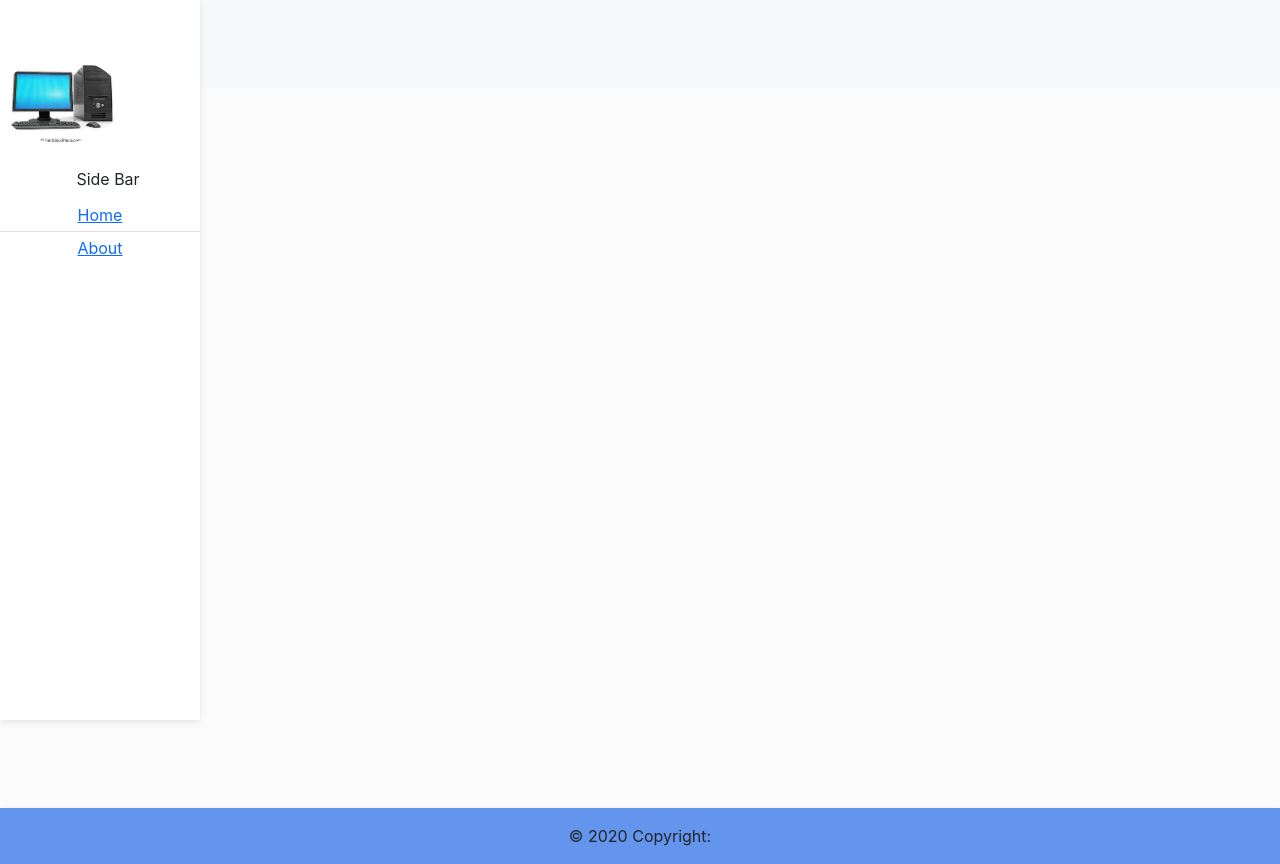
Repository: Sakshamccna/React
Page: /
An editor plug-in stored every save of this project. The page is shown before and after a run of saves, followed by the edit.
The browser window is 1280 px wide. The pictures show the whole page.
The project was rebuilt for these pictures with package versions that can differ from the ones it lists, and the page was loaded fresh each time. Also part of the build but not shown: src/Components/Home.tsx, src/Components/About.tsx.

Above is the page before, as saved 2022-12-26 12:38:10.

### public/index.html
<!DOCTYPE html>
<html lang="en">

<head>
  <meta charset="utf-8" />
  <link rel="icon" href="%PUBLIC_URL%/favicon.ico" />
  <meta name="viewport" content="width=device-width, initial-scale=1" />
  <meta name="theme-color" content="#000000" />
  <meta name="description" content="Web site created using create-react-app" />
  <link rel="apple-touch-icon" href="%PUBLIC_URL%/logo192.png" />
  <!--
      manifest.json provides metadata used when your web app is installed on a
      user's mobile device or desktop. See https://developers.google.com/web/fundamentals/web-app-manifest/
    -->
  <link rel="manifest" href="%PUBLIC_URL%/manifest.json" />
  <link href="https://cdn.jsdelivr.net/npm/bootstrap@5.2.3/dist/css/bootstrap.min.css" rel="stylesheet"
    integrity="sha384-rbsA2VBKQhggwzxH7pPCaAqO46MgnOM80zW1RWuH61DGLwZJEdK2Kadq2F9CUG65" crossorigin="anonymous">
  <!--
      Notice the use of %PUBLIC_URL% in the tags above.
      It will be replaced with the URL of the `public` folder during the build.
      Only files inside the `public` folder can be referenced from the HTML.

      Unlike "/favicon.ico" or "favicon.ico", "%PUBLIC_URL%/favicon.ico" will
      work correctly both with client-side routing and a non-root public URL.
      Learn how to configure a non-root public URL by running `npm run build`.
    -->
  <title>React App</title>
</head>

<body>
  <noscript>You need to enable JavaScript to run this app.</noscript>
  <div id="root"></div>
  <!--
      This HTML file is a template.
      If you open it directly in the browser, you will see an empty page.

      You can add webfonts, meta tags, or analytics to this file.
      The build step will place the bundled scripts into the <body> tag.

      To begin the development, run `npm start` or `yarn start`.
      To create a production bundle, use `npm run build` or `yarn build`.
    -->
</body>
<script src="https://cdn.jsdelivr.net/npm/bootstrap@5.2.3/dist/js/bootstrap.bundle.min.js"
  integrity="sha384-kenU1KFdBIe4zVF0s0G1M5b4hcpxyD9F7jL+jjXkk+Q2h455rYXK/7HAuoJl+0I4" crossorigin="anonymous"></script>

</html>

### src/App.tsx
import React from 'react';
import logo from './logo.svg';
import './App.css';
import { BrowserRouter, Routes, Route } from 'react-router-dom';
import Headers from './Components/Headers';

import Footers from './Components/Footers';
import Sidebar from './Components/Sidebar';
import Home from './Components/Home';
import About from './Components/About';

function App() {
  return (
    <div className="App">
      <BrowserRouter>

        <Routes>
          <Route path="/" element={<Sidebar />} >
            <Route path="/" element={<Headers />} >
              <Route path="Home" element={<Home />} />
              <Route path="About" element={<About />} />
            </Route>
          </Route>






        </Routes>

      </BrowserRouter>
      <Footers />



    </div >
  );
}

export default App;

### src/Components/Headers.tsx
import React from 'react'
import { Outlet } from 'react-router-dom'
import "./Header.css"

function Headers() {
    return (
        <>
            {/* <nav className="navbar sticky-top bg-light topnav-right">

                <div className="">
                    <div className="d-flex justify-content-center mx-4 ">
                        <button type="button" className="btn btn-light btn-lg">logout</button>
                    </div>

                </div>
            </nav> */}
            {/* <div className='container'>
                <div className='row'>
                    <div className='col-2'>

                    </div>
                    <div className='col-10'>
                        <div className="sticky-top  topnav-right">
                            <div className="d-flex justify-content-center mx-4 ">
                                <button type="button" className="btn btn-light btn-lg">logout</button>
                            </div>

                        </div>
                    </div>
                </div> */}

            {/* </div> */}

            <nav className="navbar navbar-expand-lg navbar-light bg-light">
                <div className="container-fluid">



                    <div className="d-flex justify-content-center mx-4 mb-3 mb-lg-4">
                        <button type="button" className="btn btn-primary btn-lg topnav-right " >logout</button>
                    </div>

                </div>
            </nav>
            <Outlet />

        </>
    )
}

export default Headers

### src/Components/Footers.tsx
import React from 'react'
import "./footer.css"

function Footers() {
    return (
        <footer className="footer">


            <div className="footer-copyright text-center py-3">© 2020 Copyright:

            </div>



        </footer>
    )
}

export default Footers

### src/Components/Sidebar.tsx
import React from 'react'
import { Link, Outlet, useNavigate } from "react-router-dom";
import "./sidebar.css"

function Sidebar() {
    return (
        <>
            <nav id="sidebarMenu" className=" d-lg-block navbar-expand-lg navbar-light sidebar bg-white">


                <p
                    className="nav-link d-flex align-items-center center">
                    <img


                        src="hello.jpg"
                        className="rounded-circle"
                        height="85"
                        alt="Avatar"
                        loading="lazy"
                    />
                </p>

                <a
                    className="list-group-item list-group-item-action py-2 ripple"
                    aria-current="true"
                    data-mdb-toggle="collapse"
                    href="#collapseExample1"
                    aria-expanded="true"
                    aria-controls="collapseExample1"
                >
                    <i className="fas fa-tachometer-alt fa-fw me-3"></i><span>Side Bar</span>
                </a>

                <ul id="collapseExample1" className="collapse show list-group list-group-flush">
                    <li className="list-group-item py-1">
                        < Link to="Home" > Home</Link >
                    </li>
                    <li className="list-group-item py-1">
                        < Link to="About" > About</Link >
                    </li>

                </ul>
            </nav>
            <Outlet />

        </>
    )
}

export default Sidebar

### src/Components/Header.css
.topnav-right {
    display: flex;
    justify-content: flex-end;

}

### src/Components/footer.css
.footer {
    margin-top: 100vh;
    box-shadow: 0 2px 5px 0 rgb(0 0 0 / 5%), 0 2px 10px 0 rgb(0 0 0 / 5%);
    background-color: #6495ED;
}

### src/Components/sidebar.css
body {
    background-color: #fbfbfb;
}




.sidebar {
    position: fixed;
    top: 0;
    bottom: 0;
    left: 0;
    padding: 58px 0 0;

    box-shadow: 0 2px 5px 0 rgb(0 0 0 / 5%), 0 2px 10px 0 rgb(0 0 0 / 5%);
    width: 200px;
    z-index: 600;
}

Loaded but not shown: src/index.tsx (common file); src/index.css (common file); src/reportWebVitals.ts (common file); src/App.css (common file)

After the next 2 saves:
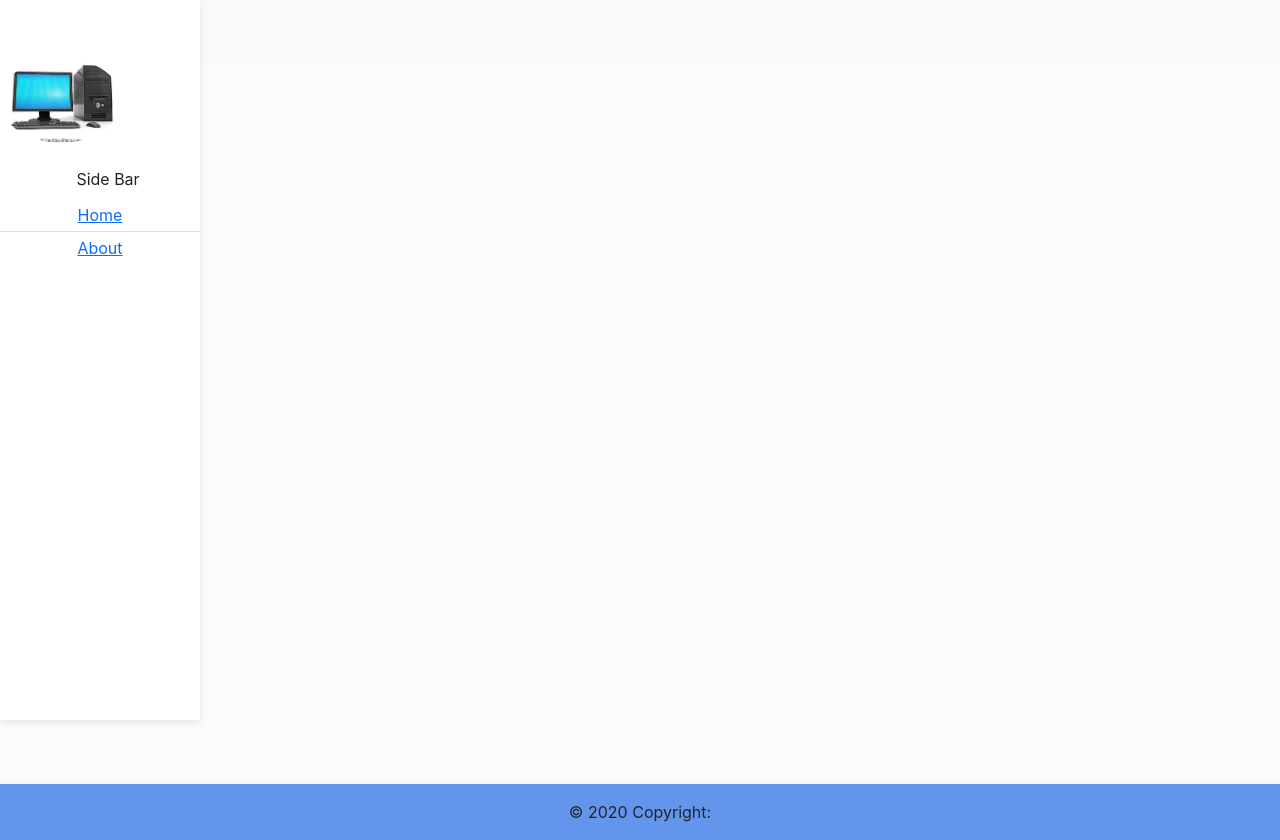
The 2 saves are shown as one change because they came seconds apart.
The last was saved 21 s later.
--- a/src/Components/Headers.tsx
+++ b/src/Components/Headers.tsx
@@ -36,8 +36,8 @@ function Headers() {
 
 
 
-                    <div className="d-flex justify-content-center mx-4 mb-3 mb-lg-4">
-                        <button type="button" className="btn btn-primary btn-lg topnav-right " >logout</button>
+                    <div className="d-flex justify-content-center topnav-right">
+                        <button type="button" className="btn btn-primary btn-lg  " >logout</button>
                     </div>
 
                 </div>
